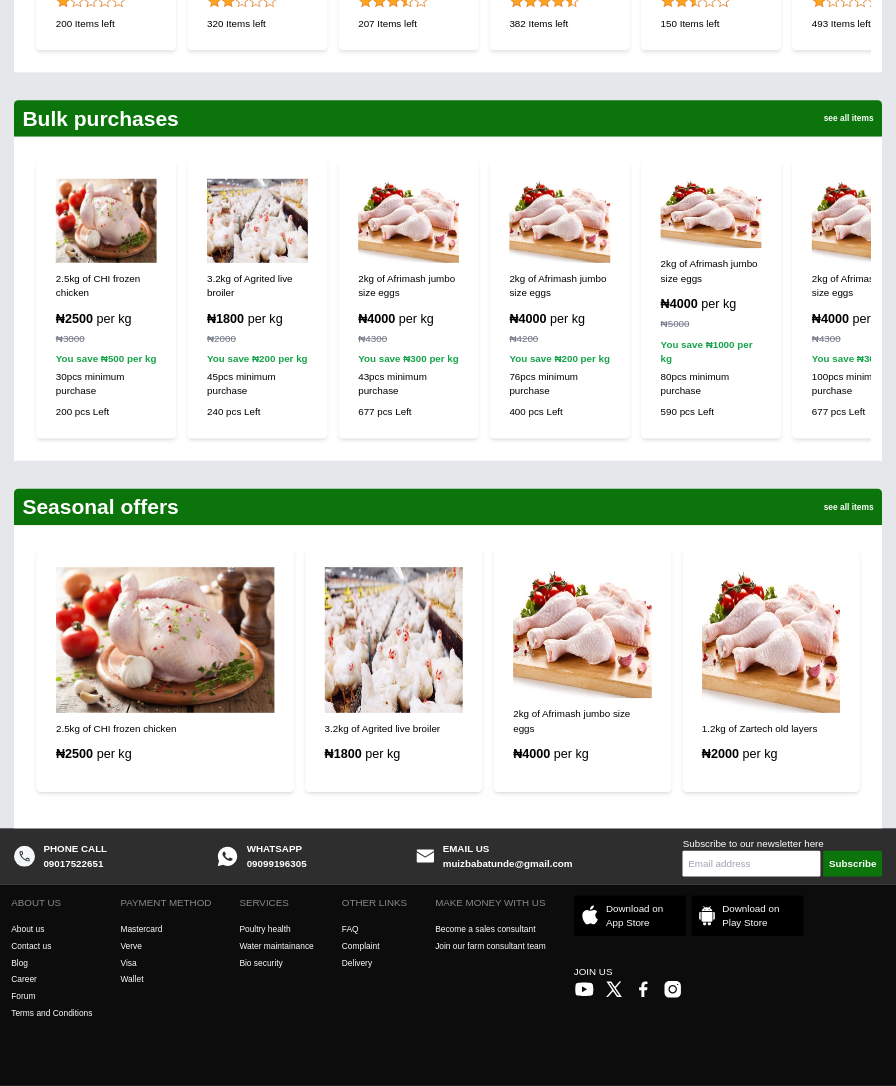
Repository: IssaMuiz/ifarmstock
Page: /
These files come from the project's save history. The page is drawn as it stood at one moment and after the next save; the edit follows.
The browser window is 1280 px wide. The pictures show the part of the page from y = 865 to 2785 px (the page is 2417 px tall before and 2785 px after), at 70% of full size.
The project was rebuilt for these pictures with package versions that can differ from the ones it lists, and the page was loaded fresh each time. The framework's server and built-in components were replaced by stand-ins that run in the browser. Also part of the build but not shown: next.config.mjs.

Above is the page before, as saved 2024-09-05 07:54:12.

### app/layout.tsx
import Navbar from "@/components/navbar";
import "@/styles/globals.css";

export const metadata = {
  title: "Grow",
  description: "Livestock farming e-commerce application",
};

export default function RootLayout({
  children,
}: {
  children: React.ReactNode;
}) {
  return (
    <html lang="en">
      <Navbar />
      <body className="bg-gray-200 h-screen w-auto">
        <section className="mb-5">{children}</section>
      </body>
    </html>
  );
}

### app/page.tsx
"use client";

import ProductSlider from "@/components/productSlider";
import ClientLayout from "@/components/clientLayout";
import NewArrivalsCards from "@/components/newArrivalsCards";
import BulkPurchasesCards from "@/components/bulkPurchasesCards";
import SeasonalCards from "@/components/seasonalCards";

const Home = () => {
  return (
    <ClientLayout>
      <div className="pt-20 tablet:mx-5 mobile:mx-2 h-auto">
        <div>
          <ProductSlider />

          <div
            className="bgColor text w-full h-auto mt-10 tablet:text-3xl mobile:text-xl p-2 items-center rounded-t-md font-semibold flex
          justify-between px-3"
          >
            <p>New Arrivals</p>
            <p className="text-xs cursor-pointer hover:underline">
              see all items
            </p>
          </div>
          <NewArrivalsCards />
          <div
            className="bgColor text w-full h-auto mt-10 tablet:text-3xl mobile:text-xl p-2 rounded-t-md font-semibold flex
          justify-between px-3 items-center"
          >
            <p>Bulk purchases</p>
            <p className="text-xs cursor-pointer hover:underline">
              see all items
            </p>
          </div>
          <BulkPurchasesCards />
          <div
            className="bgColor text w-full h-auto mt-10 tablet:text-3xl mobile:text-xl p-2 rounded-t-md font-semibold flex
          justify-between px-3 items-center"
          >
            <p>Seasonal offers</p>
            <p className="text-xs cursor-pointer hover:underline">
              see all items
            </p>
          </div>
          <SeasonalCards />
        </div>
      </div>
    </ClientLayout>
  );
};

export default Home;

### components/navbar.tsx
"use client";
import Image from "next/image";
import { useContext } from "react";
import { SidebarContext } from "./clientLayout";
const Navbar = () => {
  const { toggleSidebar } = useContext(SidebarContext);
  return (
    <nav>
      <div className="Tablet-nav mobile:hidden tablet:flex fixed bg-black text w-full h-16 flex items-center justify-between top-0 left-0 right-0 px-10 z-10">
        <button onClick={toggleSidebar}>
          <svg
            className="fill-white hover:fill-[green] cursor-pointer"
            xmlns="http://www.w3.org/2000/svg"
            viewBox="0 0 50 50"
            width="25px"
            height="25px"
          >
            <path d="M 3 8 A 2.0002 2.0002 0 1 0 3 12 L 47 12 A 2.0002 2.0002 0 1 0 47 8 L 3 8 z M 3 23 A 2.0002 2.0002 0 1 0 3 27 L 47 27 A 2.0002 2.0002 0 1 0 47 23 L 3 23 z M 3 38 A 2.0002 2.0002 0 1 0 3 42 L 47 42 A 2.0002 2.0002 0 1 0 47 38 L 3 38 z" />
          </svg>
        </button>
        <div className="Leftnav text text-3xl font-semibold cursor-pointer ml-5">
          iFarmstock
        </div>
        <div className="Middlenav flex flex-1 mx-5 max-w-[700px] items-center">
          <input
            className=" px-5 py-2 w-full rounded-l-xl text-black outline-none"
            type="text"
            placeholder="Search for products, services and categories"
          />
          <div className="h-[37px] w-10 bgColor pt-2 pl-2 rounded-r-xl cursor-pointer">
            <Image
              className=""
              src="/assets/icons/search.png"
              alt="search-icon"
              width={20}
              height={20}
            />
          </div>
        </div>
        <div className="Rightnav flex items-center justify-between gap-3">
          <div className="flex items-center gap-1 cursor-pointer rounded-md p-3 hover:bg-[green]">
            <Image
              src="/assets/icons/help.png"
              alt="help-icon"
              width={20}
              height={20}
            />
            <p className="">Help</p>
            <Image
              src="/assets/icons/arrow-down.png"
              alt="help-icon"
              width={15}
              height={15}
            />
          </div>
          <div className="flex items-center gap-2  cursor-pointer rounded-md p-3 hover:bg-[green]">
            <Image
              src="/assets/icons/account.png"
              alt="help-icon"
              width={15}
              height={15}
            />
            <p>Account</p>
            <Image
              src="/assets/icons/arrow-down.png"
              alt="help-icon"
              width={15}
              height={15}
            />
          </div>
          <div className="flex relative cursor-pointer p-3 hover:bg-[green] rounded-md">
            <Image
              src="/assets/icons/cart.png"
              alt="cart-icon"
              width={30}
              height={20}
            />
            <p className="bg-white h-5 w-5 rounded-full text-black absolute left-7 bottom-7 text-center font-semibold">
              10
            </p>
            <p className="font-semibold mt-2 ">Cart</p>
          </div>
        </div>
      </div>
      <div className="Mobile-nav mobile:flex flex-col tablet:hidden fixed top-0 left-0 right-0 h-24 w-full items-center py-3 gap-2 bg-black text z-10 px-3">
        <div className=" flex items-center justify-between w-full">
          <div className="flex gap-3 items-center">
            <button onClick={toggleSidebar}>
              <svg
                className="fill-white hover:fill-[green] cursor-pointer"
                xmlns="http://www.w3.org/2000/svg"
                viewBox="0 0 50 50"
                width="20px"
                height="20px"
              >
                <path d="M 3 8 A 2.0002 2.0002 0 1 0 3 12 L 47 12 A 2.0002 2.0002 0 1 0 47 8 L 3 8 z M 3 23 A 2.0002 2.0002 0 1 0 3 27 L 47 27 A 2.0002 2.0002 0 1 0 47 23 L 3 23 z M 3 38 A 2.0002 2.0002 0 1 0 3 42 L 47 42 A 2.0002 2.0002 0 1 0 47 38 L 3 38 z" />
              </svg>
            </button>
            <p className="text-lg font-semibold">iFarmstock</p>
          </div>
          <div className="flex items-center gap-2">
            <div className=" cursor-pointer">
              <Image
                src="/assets/icons/account.png"
                alt="account-icon"
                width={25}
                height={25}
              />
            </div>
            <div className="flex relative cursor-pointer rounded-md">
              <Image
                src="/assets/icons/cart.png"
                alt="cart-icon"
                width={25}
                height={15}
              />
              <p className="bg-white h-5 w-5 rounded-full text-black absolute left-3 bottom-3 text-center font-semibold">
                10
              </p>
            </div>
          </div>
        </div>
        <div className="w-full">
          <div className="flex items-center w-full">
            <div className="flex-1">
              <input
                className=" px-5 py-2 rounded-l-md text-black outline-nonem w-full"
                type="text"
                placeholder="Search for products, services and categories"
              />
            </div>
            <div className="h-[37px] w-10 bgColor pt-2 pl-2 rounded-r-md cursor-pointer">
              <Image
                className=""
                src="/assets/icons/search.png"
                alt="search-icon"
                width={20}
                height={20}
              />
            </div>
          </div>
        </div>
      </div>
    </nav>
  );
};

export default Navbar;

### styles/globals.css
@tailwind base;
@tailwind components;
@tailwind utilities;

.scrollbar {
  scrollbar-width: thin;
  scrollbar-color: gray #313131;
}

.bgColor {
  background-color: rgb(11, 116, 11);
}

.text {
  color: white;
}

body {
  font-family: Arial, Helvetica, sans-serif;
  font-size: 14px;
}

### components/productSlider.tsx
"use client";
import Image from "next/image";
import { useEffect, useState } from "react";

const ProductSlider = () => {
  const images = [
    "/assets/images/poultry-image1-slider.jpg",
    "/assets/images/poultry-image2-slider.jpg",
    "/assets/images/poultry-image3-slider.jpg",
    "/assets/images/poultry-image4-slider.jpg",
    "/assets/images/poultry-image5-slider.jpg",
    "/assets/images/poultry-image6-slider.jpg",
    "/assets/images/poultry-image7-slider.jpg",
    "/assets/images/catfish-image1-slider.jpg",
  ];

  const [index, setIndex] = useState(0);

  const handleSliceNext = () => {
    setIndex((index + 1) % images.length);
  };
  const handleSlicePrev = () => {
    setIndex((index - 1) % images.length);
  };

  const handleIndicatorClick = (i: number) => {
    setIndex(i);
  };

  useEffect(() => {
    const intervalId = setInterval(() => {
      handleSliceNext();
    }, 5000);
    return () => clearInterval(intervalId);
  }, [index]);
  return (
    <div className="flex tablet:flex-row gap-2 items-start mobile:flex-col w-full">
      <div className="relative mt-5 w-full overflow-hidden ">
        <div
          className="flex transition-transform duration-500 ease-in-out"
          style={{ transform: `translateX(-${index * 100}%)` }}
        >
          {images.map((image, i) => (
            <div key={i} className="min-w-full">
              <Image
                className="tablet:h-[400px] mobile:h-[200px]  w-full rounded-md"
                src={image}
                alt={`Slide ${i + 1}`}
                width={800}
                height={200}
              />
            </div>
          ))}
        </div>
        <button
          type="button"
          onClick={handleSlicePrev}
          className="absolute left-0 top-1/2 tranform -translate-y-1/2 bg-gray-500 text-white px-1 py-1 opacity-75 hover:opacity-100 transition-opacity"
        >
          <Image
            className=""
            src="/assets/icons/arrow-left.png"
            alt="arrow-right-icon"
            width={20}
            height={20}
          />
        </button>
        <button
          type="button"
          onClick={handleSliceNext}
          className="absolute right-0 top-1/2 tranform -translate-y-1/2 bg-gray-500 text-white px-1 py-1 opacity-75 hover:opacity-100 transition-opacity"
        >
          <Image
            className=""
            src="/assets/icons/right-arrow.png"
            alt="arrow-right-icon"
            width={20}
            height={20}
          />
        </button>
        <div className="absolute bottom-4 left-0 right-0 flex justify-center space-x-2">
          {images.map((_, i) => (
            <button
              key={i}
              onClick={() => handleIndicatorClick(i)}
              className={`w-2 h-2 rounded-full ${
                index === i ? "bg-gray-800" : "bg-white"
              }`}
            />
          ))}
        </div>
      </div>
      <div className="">
        <div className="grid grid-cols-2 mt-5 gap-4">
          <Image
            className="rounded-md h-[192px] cursor-pointer"
            src="/assets/images/package-chicken2.jpg"
            alt=""
            width={300}
            height={330}
          />
          <Image
            className="rounded-md h-[192px] cursor-pointer"
            src="/assets/images/package-chicken2.jpg"
            alt=""
            width={300}
            height={330}
          />
          <Image
            className="rounded-md h-[192px] cursor-pointer"
            src="/assets/images/package-chicken2.jpg"
            alt=""
            width={300}
            height={330}
          />
          <Image
            className="rounded-md h-[192px] cursor-pointer"
            src="/assets/images/package-chicken2.jpg"
            alt=""
            width={300}
            height={330}
          />
        </div>
      </div>
    </div>
  );
};

export default ProductSlider;

### components/clientLayout.tsx
"use client";
import Navbar from "@/components/navbar";
import Sidenav from "@/components/sidenav";
import Footer from "@/components/footer";

import { useState, createContext } from "react";

export const SidebarContext = createContext({
  isOpen: false,
  toggleSidebar: () => {},
});

const ClientLayout = ({ children }: { children: React.ReactNode }) => {
  const [isOpen, setIsOpen] = useState(false);

  const toggleSidebar = () => {
    setIsOpen((prev) => !prev);
  };
  return (
    <SidebarContext.Provider value={{ isOpen, toggleSidebar }}>
      <Navbar />
      <Sidenav />
      <div
        className={`fixed inset-0 bg-black transition-opacity duration-300 ease-in-out z-10 ${
          isOpen
            ? "opacity-70 pointer-events-auto"
            : "opacity-0 pointer-events-none"
        }`}
        onClick={toggleSidebar}
      ></div>
      <section
        className={`relative z-0 transition-all duration-300 ease-in-out `}
      >
        {children}
      </section>
      <Footer />
    </SidebarContext.Provider>
  );
};

export default ClientLayout;

### components/newArrivalsCards.tsx
import Image from "next/image";
import newArrivalsCards from "../models/newArrivalsCards.json";
const NewArrivalsCards = () => {
  const sliceNewArrivals = newArrivalsCards.slice(0, 10);
  return (
    <div className="bg-white h-auto w-auto tablet:p-4 mobile:p-1">
      <div className="flex overflow-x-auto space-x-4 p-4">
        {sliceNewArrivals.map((product, index) => (
          <div
            key={index}
            className="flex shadow-md hover:shadow-xl hover:scale-[1.01] hover:transition-all hover:duration-300 hover:ease-in-out flex-col tablet:min-w-[200px] mobile:min-w-[160px] tablet:p-7 tablet:gap-3 mobile:p-2 mobile:gap-1 rounded-md cursor-pointer"
          >
            <Image
              src={product.image}
              alt="poultry"
              width={150}
              height={100}
              className="h-full w-full"
            />
            <div className="text-md">
              <p className="line-clamp-2 mb-3">
                <span>{product.weight}</span> of {product.name}
              </p>
              <p className="font-semibold text-lg mb-3">
                &#8358;{product.Price}
                <span className="text-md font-extralight"> per kg</span>
              </p>
              <div className="mb-3">
                <Image
                  src={product.rating}
                  alt="rating-icon"
                  width={100}
                  height={60}
                />
              </div>
              <div className="">{product.itemsLeft} Items left</div>
            </div>
          </div>
        ))}
      </div>
    </div>
  );
};

export default NewArrivalsCards;

### components/bulkPurchasesCards.tsx
import Image from "next/image";
import bulkPurchasesCards from "@/models/bulkPurchasesCards.json";
const BulkPurchasesCard = () => {
  const sliceBulkPurchase = bulkPurchasesCards.slice(0, 8);
  return (
    <div className="bg-white h-auto w-auto tablet:p-4 mobile:p-1">
      <div className="flex overflow-x-auto space-x-4 p-4">
        {sliceBulkPurchase.map((product, index) => (
          <div
            key={index}
            className="flex shadow-md hover:shadow-xl hover:scale-[1.01] hover:transition-all hover:duration-300 hover:ease-in-out flex-col tablet:min-w-[200px] mobile:min-w-[160px] tablet:p-7 tablet:gap-3 mobile:p-2 mobile:gap-1 rounded-md cursor-pointer"
          >
            <Image
              src={product.image}
              alt="poultry"
              width={150}
              height={100}
              className="h-full w-full"
            />
            <div className="text-md">
              <p className="line-clamp-2 mb-3">
                <span>{product.weight}</span> of {product.name}
              </p>
              <p className="font-semibold text-lg mb-1">
                &#8358;{product.Price}
                <span className="text-md font-extralight"> per kg</span>
              </p>
              <p className="mb-2 line-through text-gray-500">
                &#8358;{product.discount}
              </p>
              <p className="text-green-600 font-semibold mb-1">
                You save &#8358;{product.discount - product.Price} per kg
              </p>
              <p className="mb-2">{product.minimum}pcs minimum purchase</p>
              <p>{product.itemsLeft} pcs Left</p>
            </div>
          </div>
        ))}
      </div>
    </div>
  );
};

export default BulkPurchasesCard;

### components/seasonalCards.tsx
import Image from "next/image";
import seasonalCards from "@/models/seasonalCards.json";
const SeasonalCards = () => {
  return (
    <div className="bg-white h-auto w-auto tablet:p-4 mobile:p-1">
      <div className="flex overflow-x-auto space-x-4 p-4 mb-5">
        {seasonalCards.map((product, index) => (
          <div
            key={index}
            className="flex shadow-md hover:shadow-xl hover:scale-[1.01] hover:transition-all hover:duration-300 hover:ease-in-out flex-col tablet:min-w-[200px] mobile:min-w-[160px] tablet:p-7 tablet:gap-3 mobile:p-2 mobile:gap-1 rounded-md cursor-pointer"
          >
            <Image
              src={product.image}
              alt="poultry"
              width={150}
              height={100}
              className="h-full w-full"
            />
            <div className="text-md">
              <p className="line-clamp-2 mb-3">
                <span>{product.weight}</span> of {product.name}
              </p>
              <p className="font-semibold text-lg mb-3">
                &#8358;{product.Price}
                <span className="text-md font-extralight"> per kg</span>
              </p>
            </div>
          </div>
        ))}
      </div>
    </div>
  );
};

export default SeasonalCards;

### components/sidenav.tsx
"use client";
import Image from "next/image";
import Link from "next/link";
import { useState } from "react";
import { useContext } from "react";
import { SidebarContext } from "./clientLayout";
const Sidenav = () => {
  const { toggleSidebar } = useContext(SidebarContext);
  const [categories, setCategories] = useState([
    {
      id: "1",
      name: "Broiler",
      expanded: false,
      arrowIcon: "/assets/icons/arrow-icon--right.png",
      dropdownlink: [
        { name: "Day Old Chicks", link: "/day-old-chicks" },
        { name: "Matured Broilers", link: "/matured-broiler" },
        { name: "Frozen Chicken", link: "/frozen-chickens" },
      ],
    },
    {
      id: "2",
      name: "Layers",
      expanded: false,
      arrowIcon: "/assets/icons/arrow-icon--right.png",
      dropdownlink: [
        { name: "Pullet", link: "/" },
        { name: "Point Of Lay", link: "/" },
        { name: "Old Layers", link: "/" },
      ],
    },
    {
      id: "3",
      name: "Catfish",
      expanded: false,

      arrowIcon: "/assets/icons/arrow-icon--right.png",
      dropdownlink: [
        { name: "Fingerlings/Juvenile", link: "/" },
        { name: "Matured Catfish", link: "/" },
        { name: "Smoked Catfish", link: "/" },
      ],
    },
    {
      id: "4",
      name: "Poultry-Eggs",
      expanded: false,

      arrowIcon: "/assets/icons/arrow-icon--right.png",
      dropdownlink: [
        { name: "Jumbo-size", link: "/" },
        { name: "Small-size", link: "/" },
        { name: "packaged-eggs", link: "/" },
      ],
    },
  ]);

  const handleDropdown = (id: string) => {
    setCategories((prev) =>
      prev.map((category) =>
        category.id === id
          ? { ...category, expanded: !category.expanded }
          : category
      )
    );
  };

  const { isOpen } = useContext(SidebarContext);
  return (
    <nav>
      <div
        className={`fixed overflow-x-hidden scrollbar h-auto overflow-auto z-20 left-0 top-0 bottom-0 tablet:w-[300px] mobile:w-[250px] transform transition-transform duration-300  bg-gray-100 ${
          isOpen ? "translate-x-0" : "-translate-x-full"
        }`}
      >
        <button
          onClick={toggleSidebar}
          className="absolute text top-2 right-2 text-4xl font-thin"
        >
          &times;
        </button>
        <div className="bgColor h-14 flex items-center text text-2xl pl-5 font-semibold gap-3">
          <Image
            src="/assets/icons/account.png"
            alt="profile-icon"
            height={25}
            width={25}
          />
          <p>Hello User</p>
        </div>
        <div className=" ">
          {categories.map((category) => (
            <div onClick={() => handleDropdown(category.id)} key={category.id}>
              <div className="text-lg flex justify-between items-center font-semibold hover:bg-gray-300 mt-5 p-2 cursor-pointer">
                <div>{category.name}</div>

                <Image
                  className={`${
                    category.expanded &&
                    "rotate-90 duration-300 transition-transform"
                  } h-4 w-4`}
                  src={category.arrowIcon}
                  alt="arrow-icon"
                  width={3}
                  height={3}
                />
              </div>

              <div>
                {category.expanded && (
                  <div>
                    {category.dropdownlink.map((dropdown, index) => (
                      <div className="hover:bg-gray-300" key={index}>
                        <Link href={dropdown.link}>
                          <div className="p-3 text-md ">{dropdown.name}</div>
                        </Link>
                      </div>
                    ))}
                  </div>
                )}
              </div>
            </div>
          ))}
        </div>
      </div>
    </nav>
  );
};

export default Sidenav;

### tailwind.config.ts
import type { Config } from "tailwindcss";

const config: Config = {
  content: [
    "./pages/**/*.{js,ts,jsx,tsx,mdx}",
    "./components/**/*.{js,ts,jsx,tsx,mdx}",
    "./app/**/*.{js,ts,jsx,tsx,mdx}",
  ],
  theme: {
    extend: {
      screens: {
        mobile: "320px",
        tablet: "768px",
        desktop: "1024px",
      },
    },
  },
  plugins: [],
};
export default config;

Loaded but not shown: models/newArrivalsCards.json (162 lines, source omitted); models/bulkPurchasesCards.json (110 lines, source omitted); models/seasonalCards.json (26 lines, source omitted); components/footer.tsx (335 lines, source omitted)

After the next save:
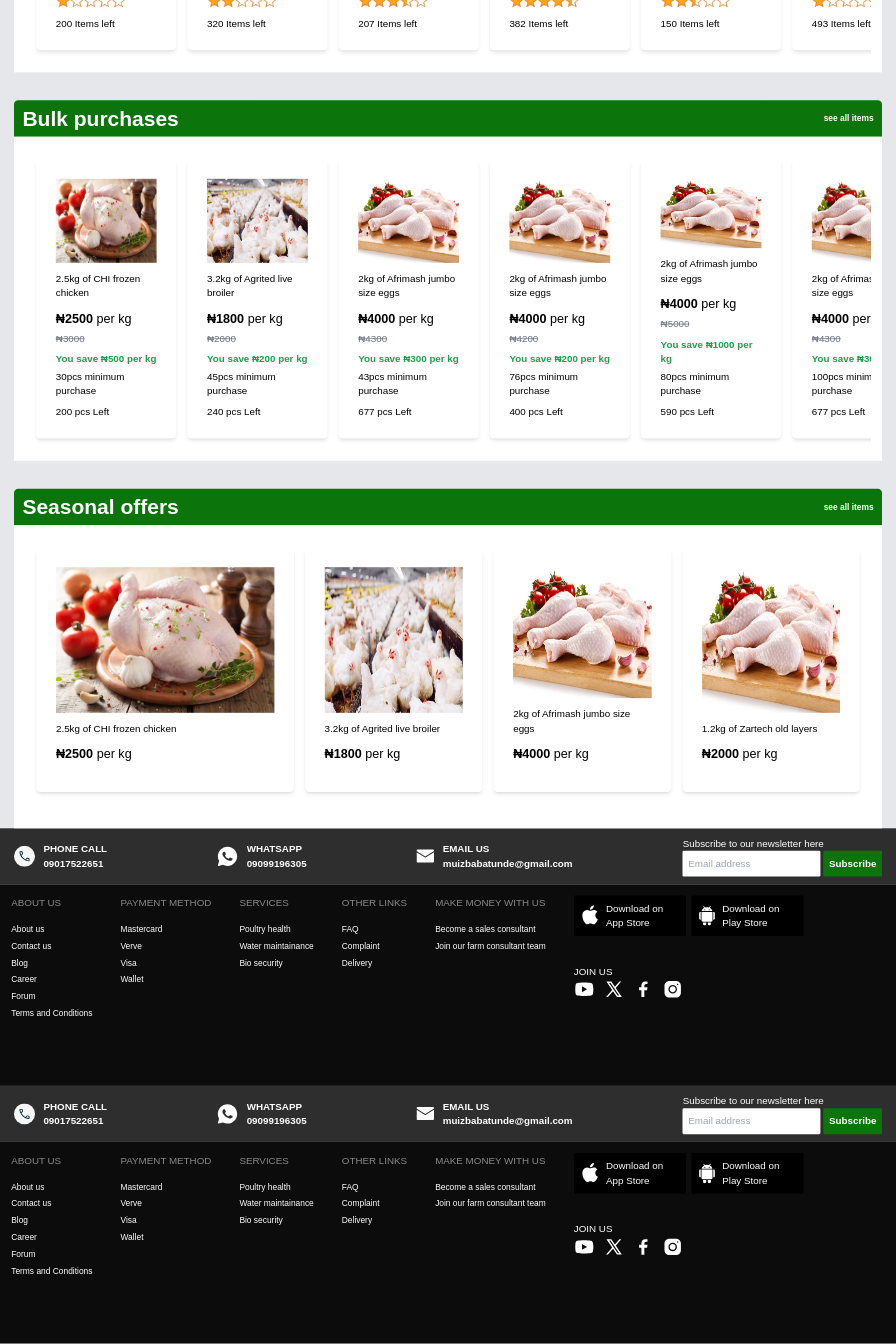
Saved 37 min 49 s later.
--- a/app/layout.tsx
+++ b/app/layout.tsx
@@ -1,6 +1,6 @@
 import Navbar from "@/components/navbar";
 import "@/styles/globals.css";
-
+import ClientLayout from "@/components/clientLayout";
 export const metadata = {
   title: "Grow",
   description: "Livestock farming e-commerce application",
@@ -13,9 +13,8 @@ export default function RootLayout({
 }) {
   return (
     <html lang="en">
-      <Navbar />
       <body className="bg-gray-200 h-screen w-auto">
-        <section className="mb-5">{children}</section>
+        <ClientLayout className="mb-5">{children}</ClientLayout>
       </body>
     </html>
   );
